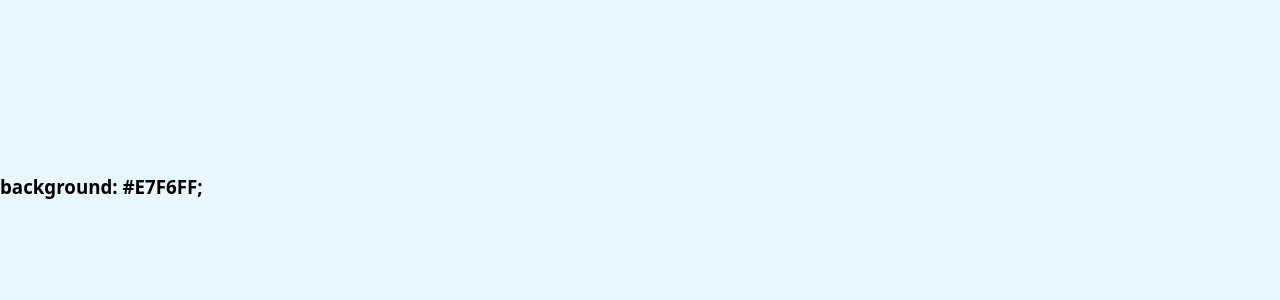
Repository: VaheHarutyunyan/react-sneakers
Page: /
These files come from the project's save history. The page is drawn as it stood at one moment and after the next save; the edit follows.
The browser window is 1280 px wide. The pictures show the whole page.
The project was rebuilt for these pictures with package versions that can differ from the ones it lists, and the page was loaded fresh each time.

Above is the page before, as saved 2021-07-22 11:35:12.

After the next save:
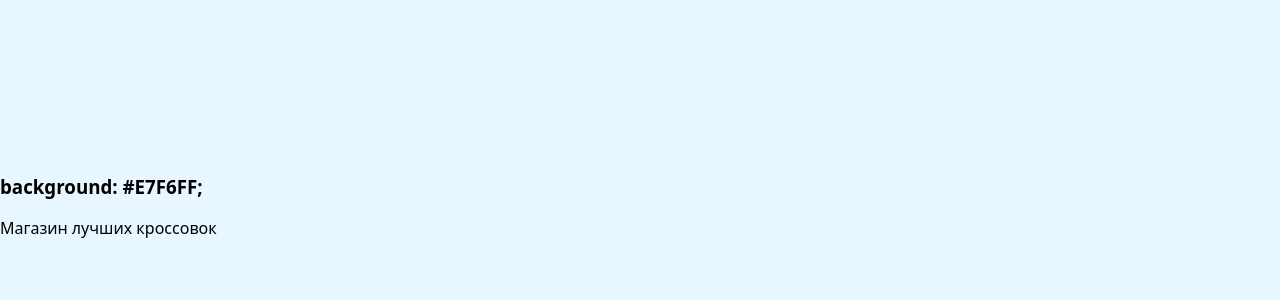
Saved 16 s later.
--- a/src/App.js
+++ b/src/App.js
@@ -6,7 +6,7 @@
         <svg />
         <div>
           <h3>background: #E7F6FF;</h3>
-          <p></p>
+          <p>Магазин лучших кроссовок</p>
         </div>
       </header>
     </div>
